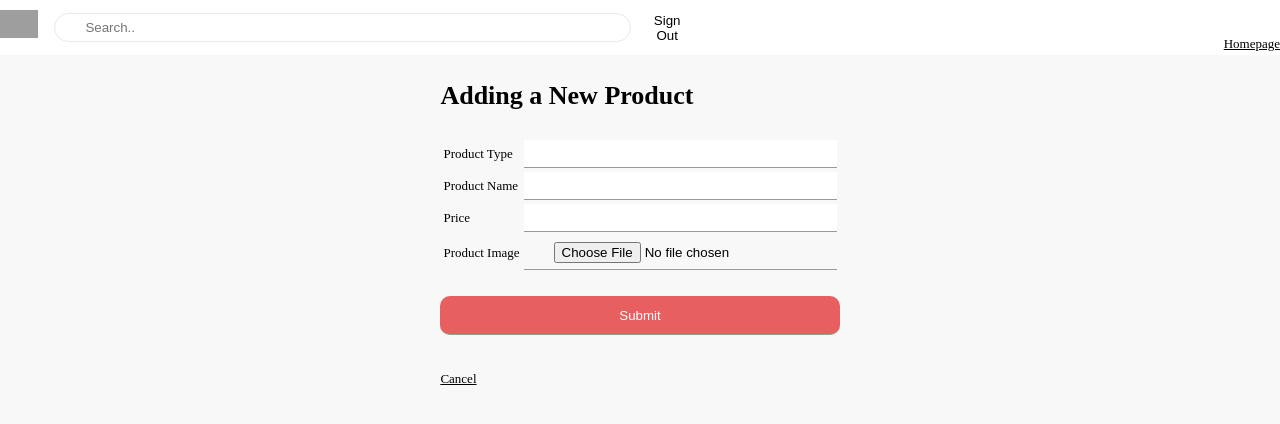
Repository: PhuongHuynh9987/Shopaholic-Ecommerce
Page: http://localhost/Shopaholic/WEB-INF/views/addnewproduct.jsp
An editor plug-in stored every save of this project. The page is shown before and after the next save, followed by the edit.
The browser window is 1280 px wide. The pictures show the whole page.
Pictures or frames that could not be fetched are drawn as grey boxes. The page is served by Tomcat 9. Nobody is signed in. Other server files are loaded and not shown. The template is opened directly, without the code that normally fills it, so the values that code supplies are empty.

Above is the page before, as saved 2024-01-29 20:58:55.

### Shopaholic/src/main/webapp/WEB-INF/views/addnewproduct.jsp
<%@ page language="java" contentType="text/html; charset=UTF-8"
    pageEncoding="UTF-8"%>


<!DOCTYPE html>
<%@page import="java.sql.*"%>
<%@ page import="java.io.*,java.util.*, javax.servlet.*"%>
<%@ page import="shopaholicjava.*"%>
<%@ page import = "javax.servlet.http.*" %>


<html>
<head>
<meta charset="UTF-8">
<!-- Favicon -->
<link rel = "icon" type = "image/x-icon" href = "asset/favicon.ico"/>
<!-- Font Awesome icons (free version) -->
<script src="https://use.fontawesome.com/releases/v5.15.4/js/all.js" crossorigin = "anonymous"></script>
<!--Google fonts  -->
<link href = "https://fonts.googleapis.com/css?family=Montserrat:400,700" rel="stylesheet" type = text/css />
<!-- Core theme CSS (bootstrap) -->
<link href = "style.css" rel="stylesheet"/>
<!-- <meta charset="ISO-8859-1"> -->
<title>Adding a New Product</title>
</head>
<body>
	<div class='body'>
		<div class='navbar'>
			<div class='logo'>
				<img src="images/logo.png" alt="logo">
			</div>
			<div class='searchbar'>
				<input type="text" placeholder="Search..">
			</div>

			<div>
				<form action="LogoutServlet">
					<input type = "hidden" name = "UserType" value = "Merchant">
					<button type="submit" class='signout'>Sign Out</button>
				</form>
			</div>

			<div class='homepage'>
				<a href="MerchantServlet">Homepage</a>
			</div>
		</div>

		<div>
			<h1>Adding a New Product</h1>
	        <form action="MerchantServlet" method="post" name="Form"  enctype = "multipart/form-data" onsubmit="return validateForm()">
	       		<input type="hidden" name="action" value="add">
				<table>
					<tr>
						<td>Product Type</td>
						<td><input type="text" name="productType" onkeypress="removeElert()"/></td>
					</tr>

					<tr>
						<td>Product Name</td>
						<td><input type="text" name="productName" onkeypress="removeElert()"/></td>
					</tr>
					<tr>
						<td>Price</td>
						<td><input type="text" name="price" onkeypress="removeElert()" /></td>
					</tr>

					<tr>
						<td>Product Image</td>
						<td><input type="file" name="imageFile" onkeypress="removeElert()"/></td>
					</tr>

				</table>
				<span class="emptyField">Please Fill In All Required Fields!</span>
				<input type="submit" value="Submit" class ="addProduct" />
			</form>
			<div class = "footer">
				<a href="MerchantServlet">Cancel</a>
			</div>
		</div>
	</div>

	<script  type="text/javascript">
	 	var emptyField = document.querySelector(".emptyField");

		function validateForm() {
		    var a = document.forms["Form"]["productType"].value;
		    var b = document.forms["Form"]["productName"].value;
		    var c = document.forms["Form"]["price"].value;
		    var d = document.forms["Form"]["imageFile"].value;

		    if ((a == null || a == "") || (b == null || b == "") || (c == null || c == "") || (d == null || d == "")) {
		    	emptyField.classList.add("active");
		    	return false;
		    }
		    else {
		    	return true;
		    }
		 }

		 function removeElert() {
			emptyField.classList.remove("active");
		 }

	</script>


</body>
</html>

### Shopaholic/src/main/webapp/style.css
@charset "UTF-8";

 /******** Global *********/
 input, select, textarea {
  outline: none;
/*   appearance: unset !important;
  -moz-appearance: unset !important;
  -webkit-appearance: unset !important;
  -o-appearance: unset !important;
  -ms-appearance: unset !important;  */
 }


html {
	box-sizing: border-box;
	margin: 0;
	padding:0;
	width:100%;
}

a{
  color : black;
  cursor: pointer;
}

button {
	 cursor: pointer;
}

figure {
  margin-bottom: 50px;
  text-align: center; }

body {
  font-size: 13px;
  line-height: 1.8;
/*   color: #222; */
  background: #f8f8f8;
  font-weight: 400;
  font-family: Poppins;
  margin: 0;
}

 input {
  width: 100%;
  display: block;
  border: none;
  border-bottom: 1px solid #999;
  padding: 6px 30px;
  box-sizing: border-box;

}

.main {
  padding: 50px 0;
}

hr {
	width:100%;
	text-align:left;
	margin-left:0;
 }


  /************ Nav Bar ************/
.navbar {
  display: flex;
  background: #fff;
  gap: 1rem;
  justify-content: center;
  align-items: center;
  width:100%;
 }

 .logo img {
 	width: 2.4rem;
 	margin:0;
 	padding:0;
 }

 .logo {
  overflow: fit-content;
 }

.searchbar {
  	width: 70%;
  }
.searchbar input {
  border-radius: 30px;
  border: 1px solid #e9e9e9;
 }

.cart, .signout {
	margin:0;
 	padding:0.3rem;
  	border:none;
  	background: #fff;
  	transition: 0.4s;
  }

.cart:hover,
.signout:hover {
  	background:#e9e9e9;
  	border-radius: 10px;
  	padding: 0.3rem;
}


  /******** Body for sign up and log in ******/
 .container {
 	display:flex;
 	flex-direction: column;
 	width: 900px;
 	background: #fff;
 	margin: 0 auto;
 	justify-content: center;
  	align-items:center;
 }

 .signin-content, .signup-content {
  display: flex;
  display: -webkit-flex;
  padding-top: 67px;
 }

.signin-image, .signup-image {
	width: 50%;
	overflow:hidden;
  	margin-top: 10px;
}

.signin-form {
  margin-right: 15rem;
  }

.signup-form {
   margin-left: 10rem;
 }

 #signin {
  margin-top: 16px;
 }

 .signin-image-link,
 .signup-image-link {
  font-size: 14px;
  color: #222;
  display: block;
  text-align: center;
  margin: rem 0;
 }

.form-button {
  text-align: center;
  }

.form-submit {
  display: inline-block;
  background: #6dabe4;
  color: #fff;
  border-bottom: none;
  width: auto;
  padding: 5px 39px;
  border-radius: 5px;
  -moz-border-radius: 5px;
  -webkit-border-radius: 5px;
  -o-border-radius: 5px;
  -ms-border-radius: 5px;
  margin-top: 25px;
  cursor: pointer; }

.form-submit:hover {
   background: #4292dc; }

.form-group {
	display: flex;
	justify-content: center;
  	align-items:center;
}

.toast-msg {
	opacity: 0;
	color: red;
	transition: 0.2s ease;
}

.toast-msg.active {
	opacity: 1;
}

/* #UserName:not(:placeholder-shown)#UserName:not(:focus)+label {
	border-color: #96c477
}
   */


  /*********** User home page **********/

.product-area {
   display: grid;
  	grid-template-columns: 2fr 2fr 2fr 2fr;
  	margin:4rem;
  	gap: 2rem;
  }

.product {
  	box-shadow: 8px 8px  15px #c7c7c7;
  	padding: 10px;
  	text-align: center;
  	background: #fff
  }

.product img {
  	width: 11rem;
  	height: 10rem;
  	overflow: hidden;
  }

.product-bottom {
  	display:flex;
  	justify-content: center;
  	align-items: center;
  	justify-content:space-between;
  	gap: 1.2rem;
  }

.buttons {
	display:flex;
	justify-content: center;
  	align-items: start;
}

.addToCart {
	color: #6f6f6f;
	border: 1.9px solid #e6e6e6;
	background: #fff;
	padding: 7px;
}

.viewItem {
	color: #9ae6bb;
	border: 1.9px solid #9ae6bb;
	background: #fff;
	padding: 7px;
}

 .shopping-cart {
	display:grid;
	width: 50%;
	background: #fff;
	padding: 0 1rem;
 }

 .shopping-cart .top {
 	display:flex;
 	justify-content: space-between;
 	align-items: center;
 }

 .shopping-cart .items {
 	display:flex;
 	justify-content: space-between;
 	margin-top: 2rem;
 }

.shopping-cart .items .right{
 	text-align: right;
 }

.items .image {
	display:flex;
	justify-content:center;
	align-items:center;
}

 .items img {
 	width: 8rem;
 }

 .cartCancel {
 	border:none;
 	background-color: #fff;
 	font-weight: bolder;
 	margin-bottom: 1.3rem;
 }



 /* View Product information */
  .product-info {
  	display: flex;
  	justify-content:center;
	align-items:center;
  	width: 50rem;
  	height: 30rem;
  	gap:2rem;
  	margin:0;
  }

  .product-detail {
  	height: 20rem;
  }


 .product-detail div {
  	display: flex;
  	justify-content:space-between;
	align-items:center;
  }

.product-info img {
    width: 20rem;
    height: 20rem;
    margin-top: 20px;
}


 .homepage {
	display: flex;
	justify-content: flex-end;
	/* align-items: center; */
	width: 70%;
	margin-top: 2rem;
}



  /* Review Section  */

 .review-section {
 	margin: 6rem 0;
 }


 .review-section input{
 	width: 40rem;
 	height: 5rem;
  }
  /************* Merchants ************/

.body {
  display: flex;
  flex-direction: column;
  justify-content: center;
  align-items:center;
  width: auto;
  }

.addProduct {
	padding: 0.7rem;
	margin-bottom: 2rem;
	background: #e85f60;
	color: #fff;
	border-radius: 10px;

}

.footer {
	display: flex;
	justify-content: space-between;
	margin-top: 0;
	margin-bottom: 3rem;
}

.emptyField {
	color: red;
	opacity: 0;
}

.emptyField.active {
	opacity: 1;
}

After the next save:
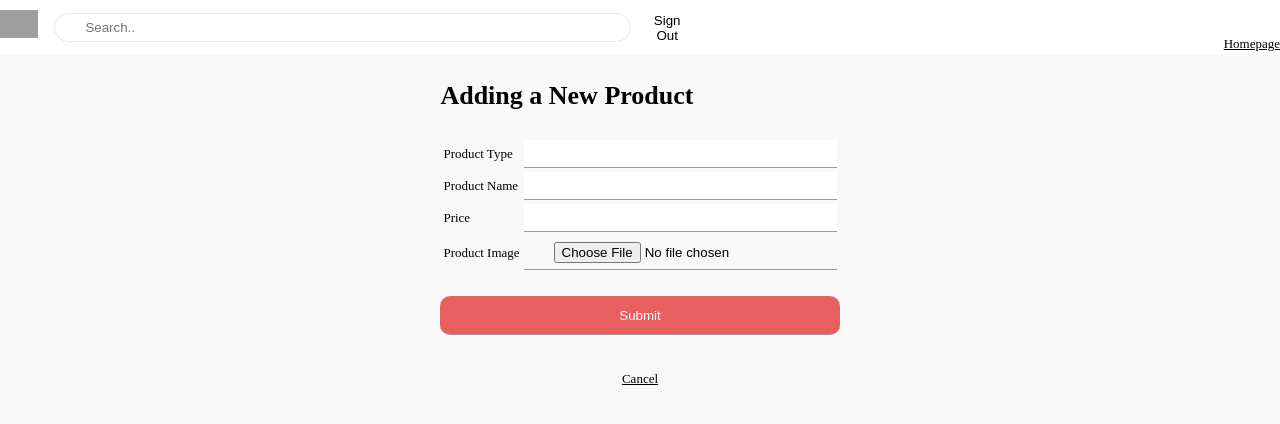
Saved 3 min 24 s later.
--- a/Shopaholic/src/main/webapp/WEB-INF/views/addnewproduct.jsp
+++ b/Shopaholic/src/main/webapp/WEB-INF/views/addnewproduct.jsp
@@ -73,10 +73,11 @@
 				<span class="emptyField">Please Fill In All Required Fields!</span>
 				<input type="submit" value="Submit" class ="addProduct" />
 			</form>
-			<div class = "footer">
+
+		</div>
+		<div class = "footer">
 				<a href="MerchantServlet">Cancel</a>
 			</div>
-		</div>
 	</div>
 
 	<script  type="text/javascript">
